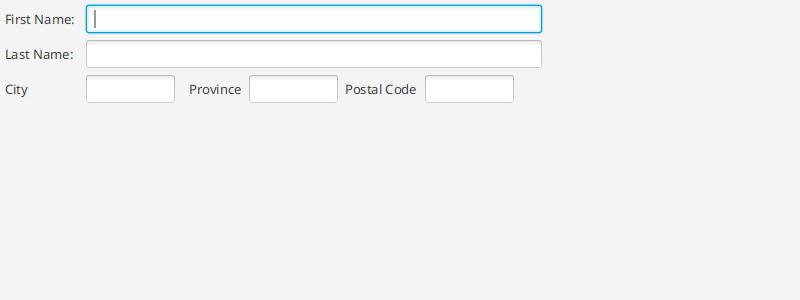
Repository: Mselenko/Java
Program's window: java w_5/JavaFx/src/garbage/CssExample.java
These files come from the project's save history. The program's window is drawn as it stood at one moment and after the next save; the edit follows.
It runs on Java 21 on a 1366 x 768 screen with JavaFX 11; the title bar is not drawn.

Above is the program's window before, as saved 2019-06-22 00:26:32.

After the next save:
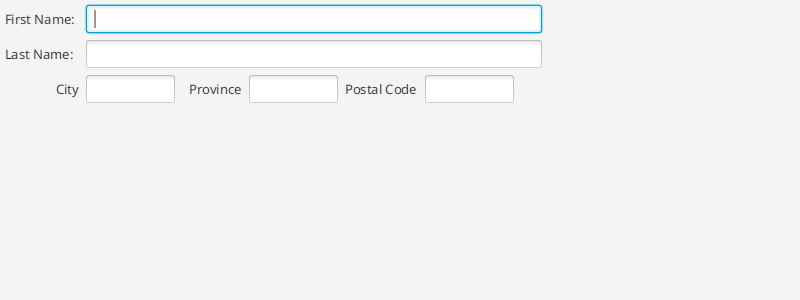
Saved 37 s later.
--- a/w_5/JavaFx/src/garbage/CssExample.java
+++ b/w_5/JavaFx/src/garbage/CssExample.java
@@ -81,7 +81,7 @@
 
         Label lbCity = new Label("City");
 
-        GridPane.setHalignment(lbCity, HPos.LEFT);
+        GridPane.setHalignment(lbCity, HPos.RIGHT);
         TextField tfCity = new TextField();
        tfCity.setPrefColumnCount(6);
         //GridPane.setColumnSpan(tfCity, 2);

After the save that followed:
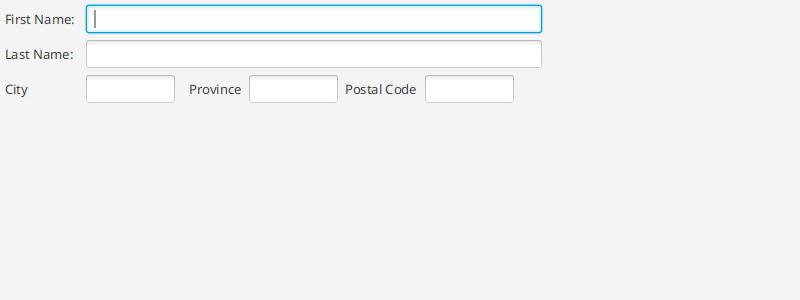
Saved 95 s later.
--- a/w_5/JavaFx/src/garbage/CssExample.java
+++ b/w_5/JavaFx/src/garbage/CssExample.java
@@ -81,9 +81,10 @@
 
         Label lbCity = new Label("City");
 
-        GridPane.setHalignment(lbCity, HPos.RIGHT);
+        GridPane.setHalignment(lbCity, HPos.LEFT);
         TextField tfCity = new TextField();
        tfCity.setPrefColumnCount(6);
+       GridPane.setHalignment(tfCity, HPos.LEFT);
         //GridPane.setColumnSpan(tfCity, 2);
 
 Label lbProvince = new Label("Province");
